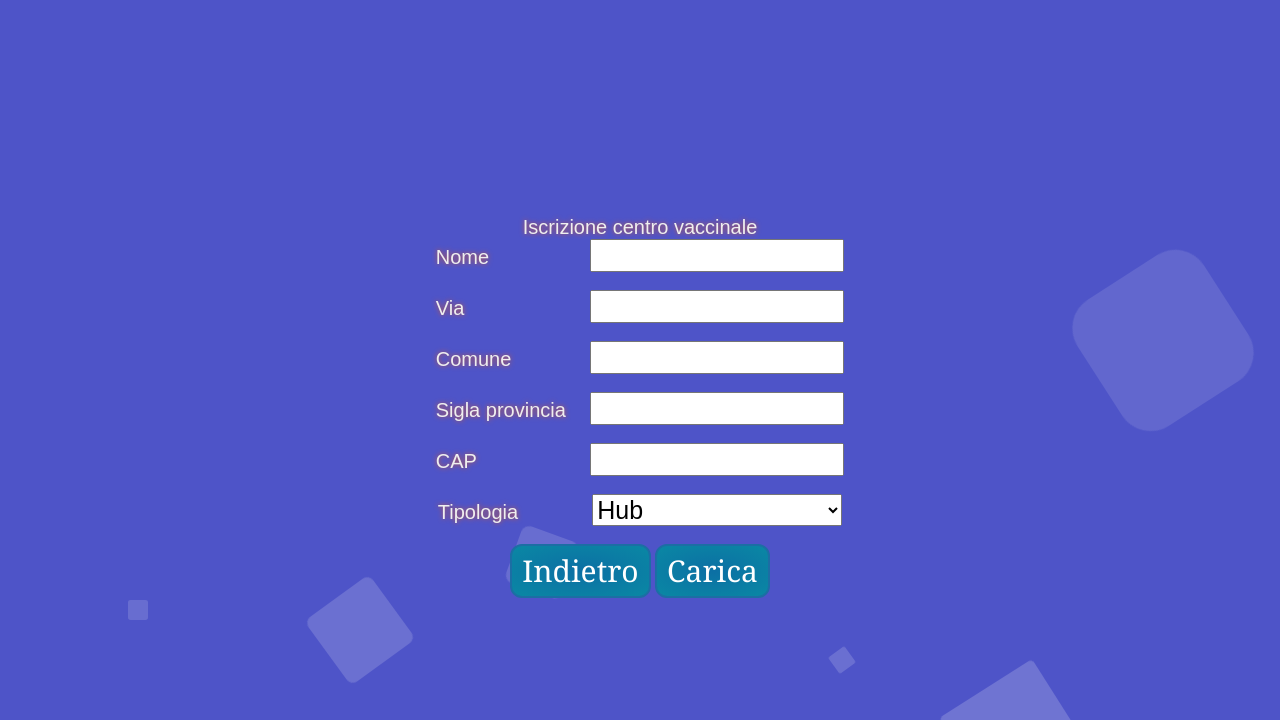
Repository: Jok98/CentriVaccinaliWebApp
Page: http://localhost/CentriVaccinaliOperatori/iscrizionecentrovax.jsp
These files come from the project's save history. The page is drawn as it stood at one moment and after the next save; the edit follows.
The browser window is 1280 px wide. The pictures show the whole page.
Some web fonts or font styles are not loaded; a fallback is used. The page is served by Tomcat 9.

Above is the page before, as saved 2022-09-24 17:44:21.

### CentriVaccinaliOperatori/src/main/webapp/iscrizionecentrovax.jsp
<%@ page language="java" contentType="text/html; charset=ISO-8859-1"
	pageEncoding="ISO-8859-1"%>
<!DOCTYPE html>
<html>
<head>
<meta charset="ISO-8859-1">
<link rel="stylesheet" href="css/form.css">
<link rel="stylesheet" href="css/background.css">
<title>Iscrizione Centri Vaccinali</title>
</head>
<body>
	<div class="area">
		<ul class="circles">
			<li></li>
			<li></li>
			<li></li>
			<li></li>
			<li></li>
			<li></li>
			<li></li>
			<li></li>
			<li></li>
			<li></li>
		</ul>
	</div>
	<div class="context" align="center" >
		<form action="" >
		<a class="text">Iscrizione centro vaccinale</a>
		<br>
		<label class="label" class="button"  for="nomeCenvax" >Nome </label>
		<input class="input" type="text" id="nomecenvax" name="nomecenvax">
		<br><br>
		<label class="label" for="viaCenvax">Via </label>
		<input class="input" type="text" id="viaCenvax" name="viaCenvax">
		<br><br>
		<label class="label" for="comuneCenvax">Comune </label>
		<input class="input" type="text" id="viaCenvax" name="viaCenvax">
		<br><br>
		<label class="label" for="sigprovCenvax">Sigla provincia </label>
		<input class="input" type="text" id="sigprovCenvax" name="sigprovCenvax">
		<br><br>
		<label class="label" for="capCenvax">CAP </label>
		<input class="input" type="text" id="capCenvax" name="capCenvax">
		<br><br>
		<label class="label" for="tipoCenvax">Tipologia </label>
		<select class="input" name="tipoCenvax" id="tipoCenvax">
			<option value="Hub">Hub</option>
			<option value="Azienda">Azienda</option>
			<option value="Ospedale">Ospedale</option>
		</select>
		<br><br>
		<a class="button" type="submit" href="index.jsp"  >Indietro</a>
		<button class="button" type="submit">Carica</button>

		</form>
	</div>

</body>

</html>

### CentriVaccinaliOperatori/src/main/webapp/css/form.css
@charset "ISO-8859-1";

/* bottoni */
.button {
	color: rgb(255, 255, 255);
	font-size: 30px;
	line-height: 30px;
	padding: 10px;
	border-radius: 12px;
	font-family: Georgia, serif;
	font-weight: normal;
	text-decoration: none;
	font-style: normal;
	font-variant: normal;
	text-transform: none;
	background-image: radial-gradient(at center center, rgb(12, 111, 164) 0%,
		rgb(10, 136, 164) 100%, rgb(12, 111, 164) 100%);
	box-shadow: rgba(0, 0, 0, 0) 81px -57px 0px 0px;
	border: 2px solid rgb(28, 110, 164);
	display: inline-block;
}

.button:hover {
	background: #80c3ff;
}

.button:active {
	background: #1ca4ff;
}

.text{
	font-size: 20px;
	text-shadow: 0px 0px 5px #CE5937;
	color: #EFEFEF;

}

.label {
	display: inline-block;
	width:150px;
	text-align: left;
	font-size: 20px;
	text-shadow: 0px 0px 5px #CE5937;
	color: #EFEFEF;

}

.input {
	width:250px;
	font-size: 25px;
}

### CentriVaccinaliOperatori/src/main/webapp/css/background.css
@charset "ISO-8859-1";
@import url('https://fonts.googleapis.com/css?family=Exo:400,700');

*{
    margin: 0px;
    padding: 0px;
}

html{
    font-family: 'Exo', sans-serif;

}

.reserch{
	width: 100%;
    position: absolute;
    top:5vh;
}


.context {
    width: 100%;
    position: absolute;
    top:30vh;

}

.context h1{
    text-align: center;
    color: #fff;
    font-size: 50px;
}


.area{
    background: #4e54c8;
    background: -webkit-linear-gradient(to left, #8f94fb, #4e54c8);
    width: 100%;
    height:100vh;


}

.circles{
    position: absolute;
    top: 0;
    left: 0;
    width: 100%;
    height: 100%;
    overflow: hidden;
}

.circles li{
    position: absolute;
    display: block;
    list-style: none;
    width: 20px;
    height: 20px;
    background: rgba(255, 255, 255, 0.2);
    animation: animate 25s linear infinite;
    bottom: -150px;

}

.circles li:nth-child(1){
    left: 25%;
    width: 80px;
    height: 80px;
    animation-delay: 0s;
}


.circles li:nth-child(2){
    left: 10%;
    width: 20px;
    height: 20px;
    animation-delay: 2s;
    animation-duration: 12s;
}

.circles li:nth-child(3){
    left: 70%;
    width: 20px;
    height: 20px;
    animation-delay: 4s;
}

.circles li:nth-child(4){
    left: 40%;
    width: 60px;
    height: 60px;
    animation-delay: 0s;
    animation-duration: 18s;
}

.circles li:nth-child(5){
    left: 65%;
    width: 20px;
    height: 20px;
    animation-delay: 0s;
}

.circles li:nth-child(6){
    left: 75%;
    width: 110px;
    height: 110px;
    animation-delay: 3s;
}

.circles li:nth-child(7){
    left: 35%;
    width: 150px;
    height: 150px;
    animation-delay: 7s;
}

.circles li:nth-child(8){
    left: 50%;
    width: 25px;
    height: 25px;
    animation-delay: 15s;
    animation-duration: 45s;
}

.circles li:nth-child(9){
    left: 20%;
    width: 15px;
    height: 15px;
    animation-delay: 2s;
    animation-duration: 35s;
}

.circles li:nth-child(10){
    left: 85%;
    width: 150px;
    height: 150px;
    animation-delay: 0s;
    animation-duration: 11s;
}



@keyframes animate {

    0%{
        transform: translateY(0) rotate(0deg);
        opacity: 1;
        border-radius: 0;
    }

    100%{
        transform: translateY(-1000px) rotate(720deg);
        opacity: 0;
        border-radius: 50%;
    }

}

After the next save:
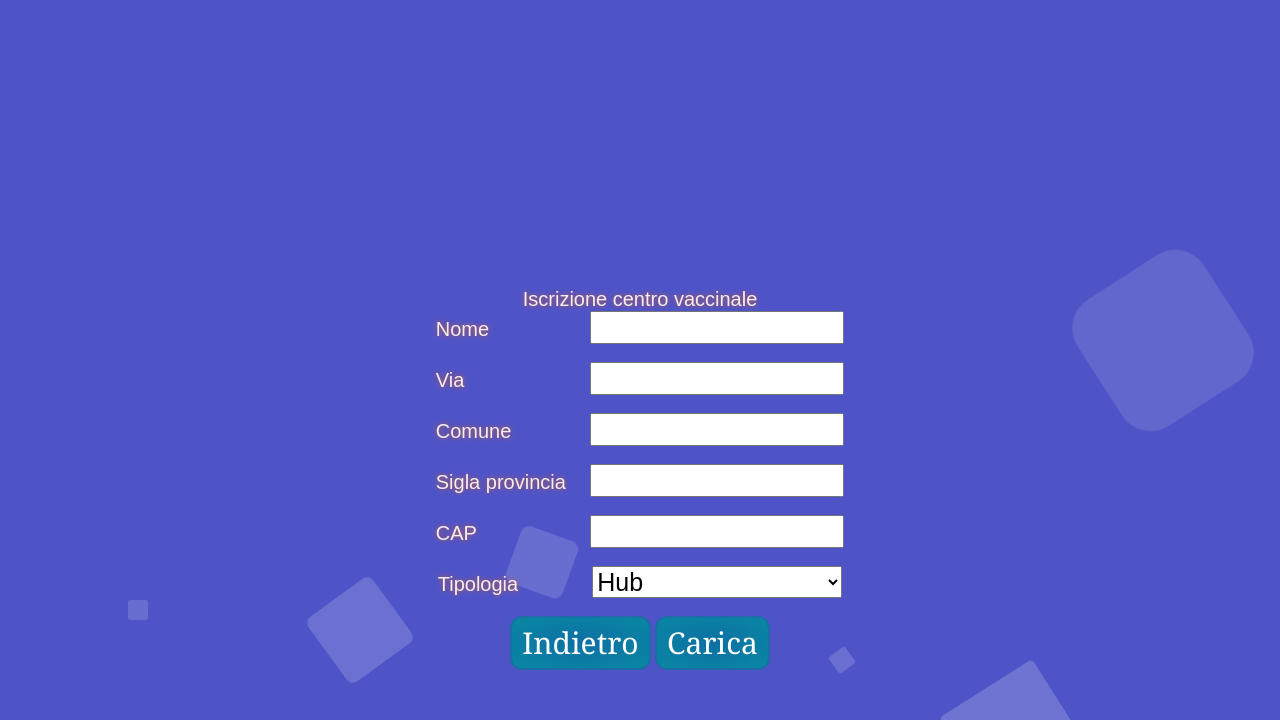
Saved 22 s later.
--- a/CentriVaccinaliOperatori/src/main/webapp/css/background.css
+++ b/CentriVaccinaliOperatori/src/main/webapp/css/background.css
@@ -21,7 +21,7 @@ html{
 .context {
     width: 100%;
     position: absolute;
-    top:30vh;
+    top:40vh;
 
 }
 
